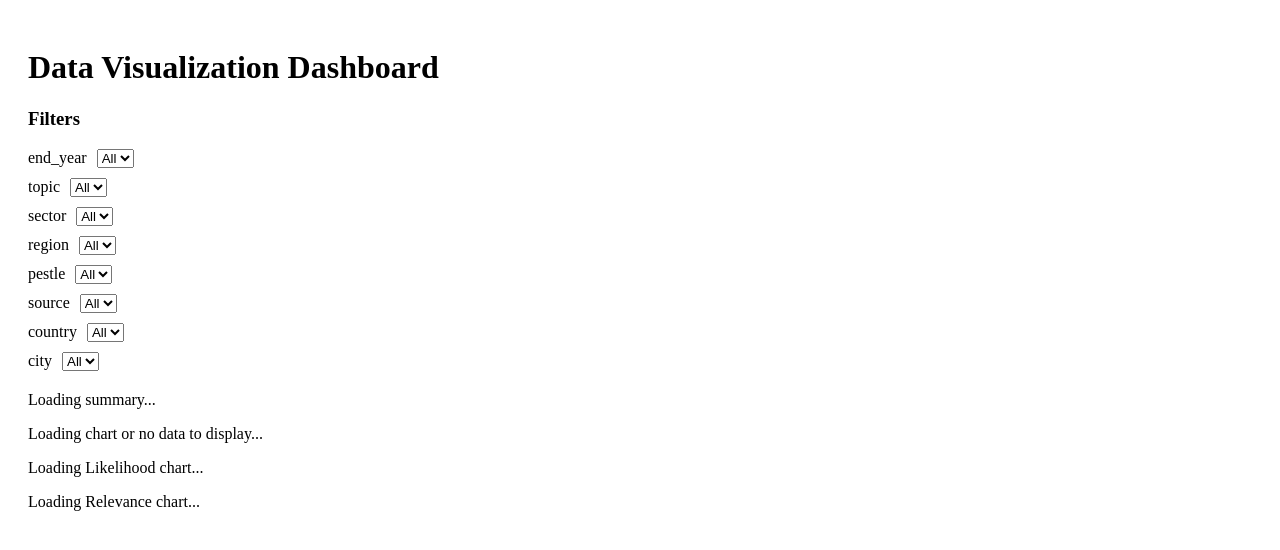
Repository: dikshant-s/DataVisualizationDashboard
Page: / (app in frontend/)
These files come from the project's save history. The page is drawn as it stood at one moment and after the next save; the edit follows.
The browser window is 1280 px wide. The pictures show the whole page.
The page's requests for data from a server got no answer. The project was rebuilt for these pictures with package versions that can differ from the ones it lists, and the page was loaded fresh each time. No one was signed in, and anything a server would have sent is missing.

Above is the page before, as saved 2025-06-29 09:16:35.

After the next save:
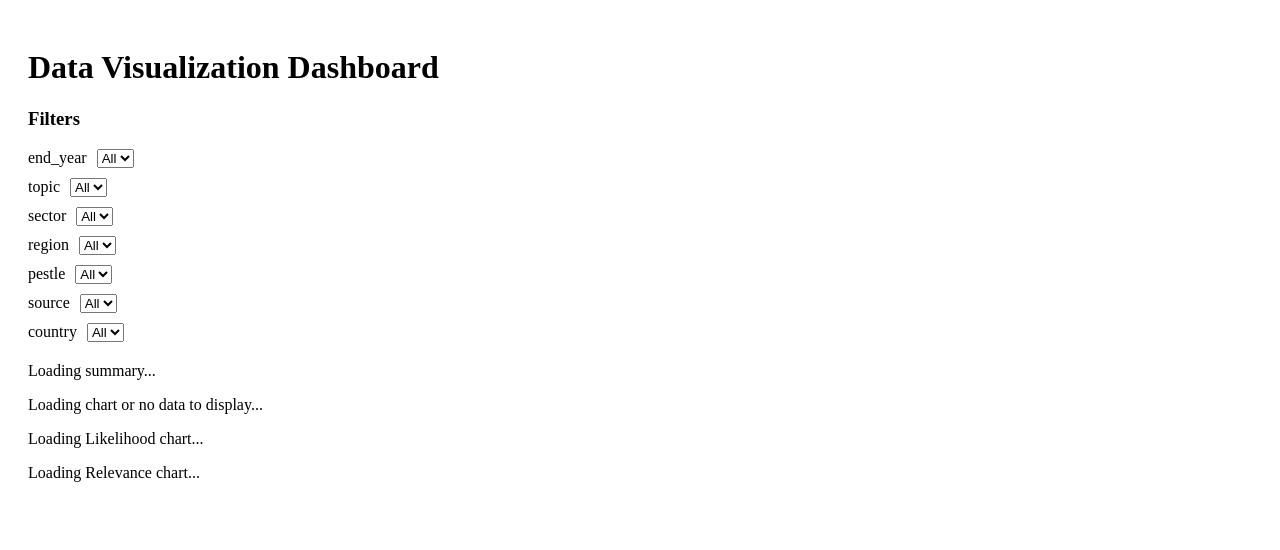
Saved 19 min 51 s later.
--- a/frontend/src/components/FilterPanel.js
+++ b/frontend/src/components/FilterPanel.js
@@ -1,7 +1,7 @@
 import React, { useEffect, useState } from "react";
 import axios from "axios";
 
-const fields = ["end_year", "topic", "sector", "region", "pestle", "source", "country", "city"];
+const fields = ["end_year", "topic", "sector", "region", "pestle", "source", "country"];
 
 const FilterPanel = ({ setFilters }) => {
   const [filterOptions, setFilterOptions] = useState({});
